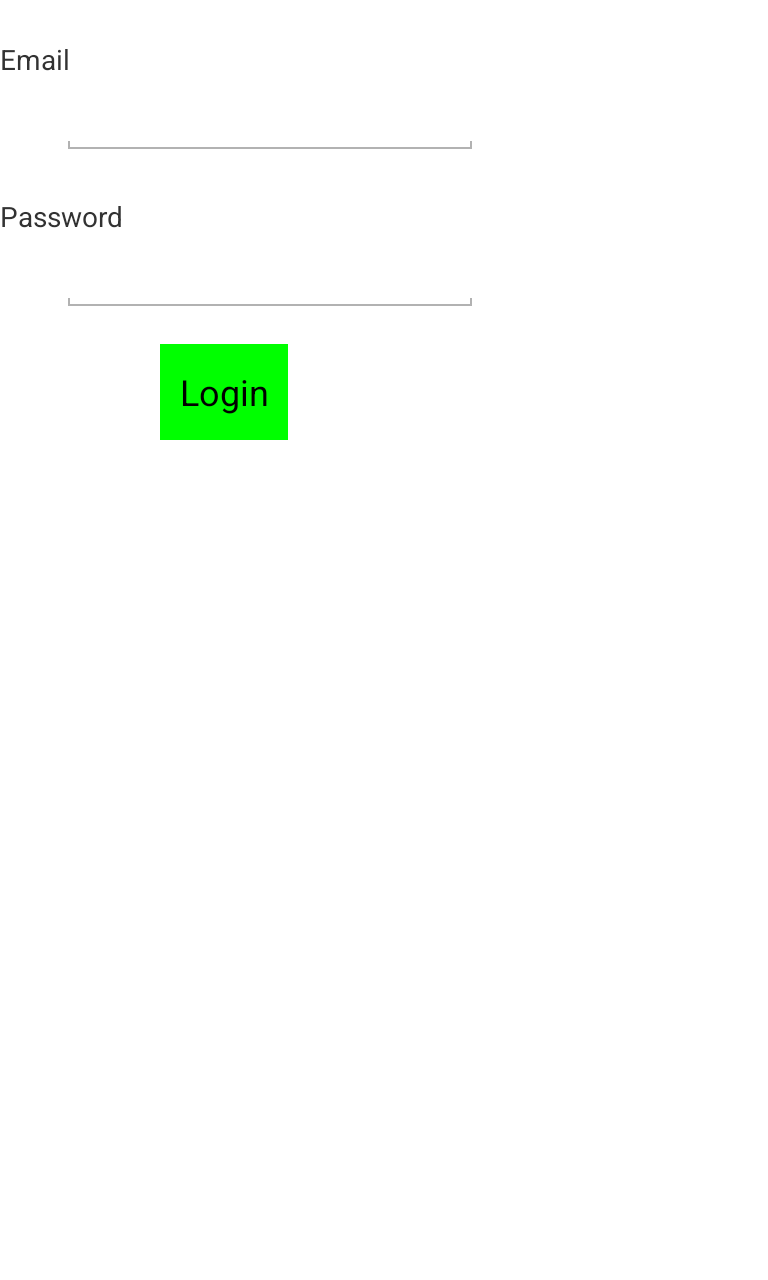
Repository: njiiriJohnii/Android-projects
Layout: Expensetracker/res/layout/login.xml
These files come from the project's save history. The layout is drawn as it stood at one moment and after the next save; the edit follows.
It is drawn on a 768 x 1280 px phone screen (xhdpi) without system bars, with theme AppTheme; the app's code is not run.

Above is the layout before, as saved 2014-06-23 12:05:26.

### Expensetracker/res/layout/login.xml
<?xml version="1.0" encoding="utf-8"?>
<LinearLayout xmlns:android="http://schemas.android.com/apk/res/android"
    android:layout_width="match_parent"
    android:layout_height="match_parent"
    android:orientation="vertical" >
    <TextView
        android:id="@+id/textView1"
        android:layout_width="wrap_content"
        android:layout_height="wrap_content"
        android:layout_alignParentLeft="true"
        android:layout_marginTop="20dp"
        android:text="Email" />
    <EditText
        android:id="@+id/editText1"
        android:layout_width="wrap_content"
        android:layout_height="wrap_content"
        android:layout_alignParentRight="true"
        android:layout_alignParentTop="true"
        android:layout_marginLeft="30dp"
        android:inputType="text"
        android:ems="10" />

      <TextView
        android:id="@+id/textView2"
        android:layout_width="wrap_content"
        android:layout_height="wrap_content"
        android:layout_alignParentLeft="true"
        android:layout_marginTop="20dp"
        android:text="Password" />

      <EditText
        android:id="@+id/editText2"
        android:layout_width="wrap_content"
        android:layout_height="wrap_content"
        android:layout_alignParentRight="true"
        android:layout_alignParentTop="true"
        android:layout_marginLeft="30dp"
        android:inputType="text"
        android:ems="10"/>
      <Button
          android:id="@+id/login"
          android:layout_height="wrap_content"
          android:layout_width="wrap_content"
          android:layout_marginLeft="80dp"
          android:layout_marginRight="40dp"
          android:text="Login"
          android:layout_marginTop="15dp"
          android:background="#00FF00"/>



</LinearLayout>

Loaded but not shown: Expensetracker/res/values/styles.xml (common file); Expensetracker/res/values-v11/styles.xml (common file); Expensetracker/res/values-v14/styles.xml (common file)

After the next save:
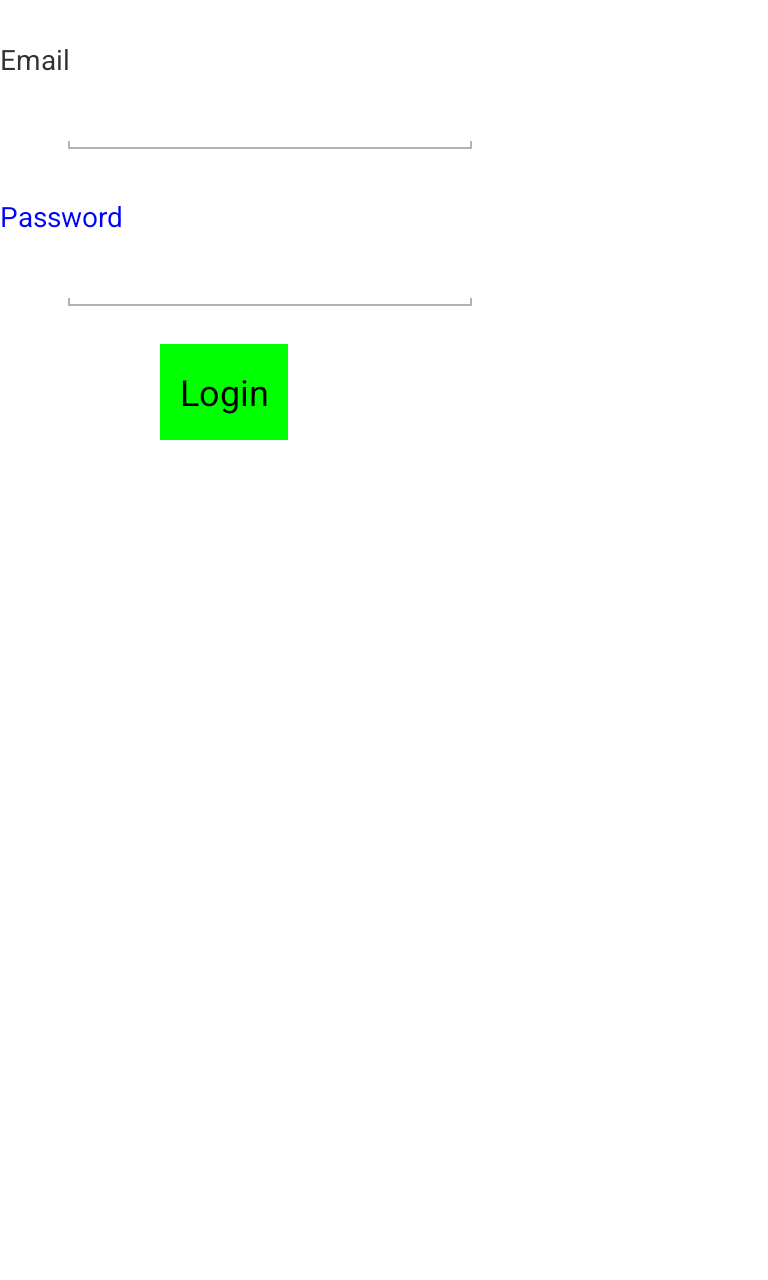
Saved 5 min 52 s later.
--- a/Expensetracker/res/layout/login.xml
+++ b/Expensetracker/res/layout/login.xml
@@ -26,7 +26,8 @@
         android:layout_height="wrap_content"
         android:layout_alignParentLeft="true"
         android:layout_marginTop="20dp"
-        android:text="Password" />
+        android:text="Password"
+        android:textColor="#0000FF"/>
 
       <EditText
         android:id="@+id/editText2"
